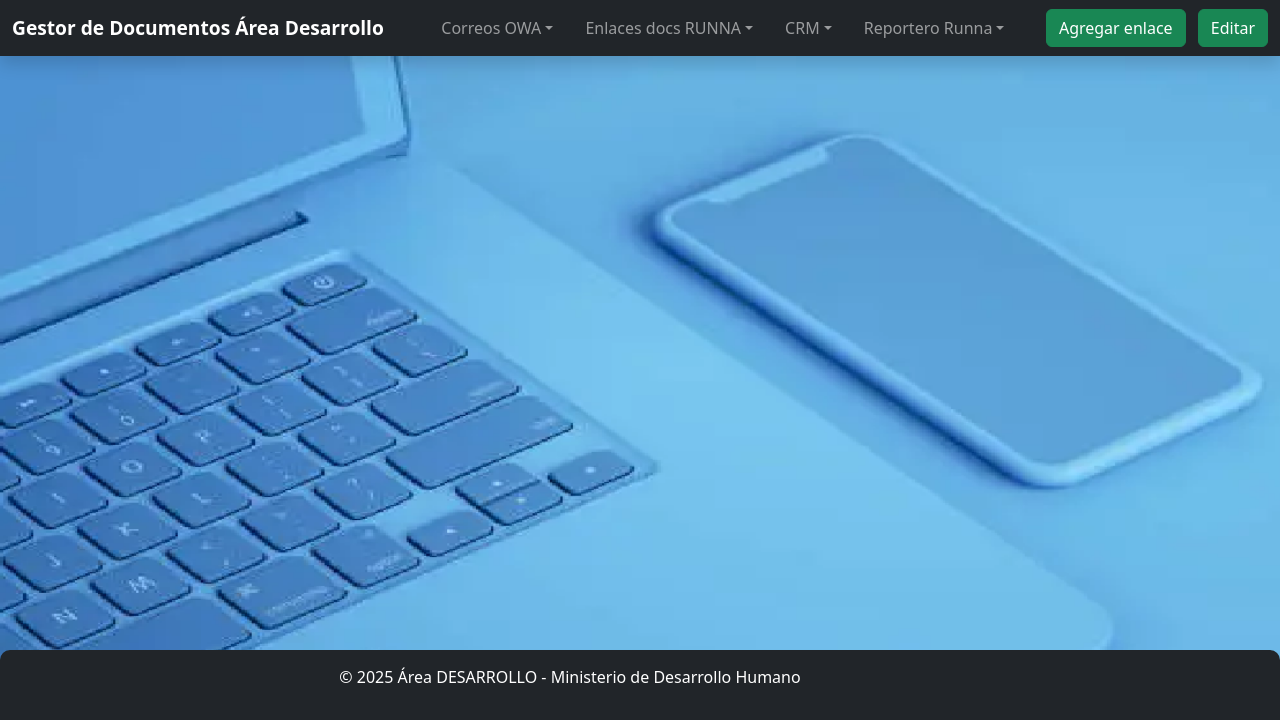
Repository: cosmariana/gestorDoc
Page: index.html
An editor plug-in stored every save of this project. The page is shown before and after the next save, followed by the edit.
The browser window is 1280 px wide. The pictures show the whole page.
Some icons come from a web library that is not loaded, so they are not drawn.

Above is the page before, as saved 2025-03-25 12:39:24.

### index.html
<!DOCTYPE html>
<html lang="es">
<head>
    <meta charset="UTF-8">
    <meta name="viewport" content="width=device-width, initial-scale=1.0">
    <link href="https://cdn.jsdelivr.net/npm/bootstrap@5.3.2/dist/css/bootstrap.min.css" rel="stylesheet" integrity="sha384-T3c6CoIi6uLrA9TneNEoa7RxnatzjcDSCmG1MXxSR1GAsXEV/Dwwykc2MPK8M2HN" crossorigin="anonymous">
    <link rel="stylesheet" href="style.css">
    <link rel="icon" href="./img/GestorICONO.png">
    <link rel="stylesheet" href="https://cdn-uicons.flaticon.com/uicons-regular-rounded/css/uicons-regular-rounded.css">
    <title>Gestor de Documentos Área DESARROLLO</title>


</head>
<body>
    <!-- Menú de navegación -->
    <nav class="navbar navbar-expand-lg navbar-dark bg-dark shadow">
        <div class="container-fluid">
            <a class="navbar-brand text-wrap" href="#" style="white-space: normal; font-size: 1.2rem; font-weight: bold;">
                Gestor de Documentos Área Desarrollo
            </a>
            <button class="navbar-toggler" type="button" data-bs-toggle="collapse" data-bs-target="#navbarContent" aria-controls="navbarContent" aria-expanded="false" aria-label="Toggle navigation">
                <span class="navbar-toggler-icon"></span>
            </button>
            <div class="collapse navbar-collapse justify-content-center" id="navbarContent">
                <ul class="navbar-nav mb-2 mb-lg-0">
                    <!-- Primer desplegable -->
                    <li class="nav-item dropdown me-3">
                        <a class="nav-link dropdown-toggle" href="#" id="dropdownMenuButton1" role="button" data-bs-toggle="dropdown" aria-expanded="false">Correos OWA</a>
                        <ul class="dropdown-menu">
                            <li>
                                <a class="dropdown-item" href="#" onclick="loadDocument('https://correo.cba.gov.ar/owa/#path=/mail')">OWA personal</a>
                                <button class="btn btn-danger btn-sm ms-2" onclick="deleteLink(this)">Eliminar</button>
                            </li>
                            <li>
                                <a class="dropdown-item" href="#" onclick="loadDocument('https://correo.cba.gov.ar/owa/desarrollosistemas.mindh@cba.gov.ar/?offline=disabled#path=/mail')">Desarrollosistemas.mindh</a>
                                <button class="btn btn-danger btn-sm ms-2" onclick="deleteLink(this)">Eliminar</button>
                            </li>
                        </ul>
                    </li>
                    <!-- Segundo desplegable -->
                    <li class="nav-item dropdown me-3">
                        <a class="nav-link dropdown-toggle" href="#" id="dropdownMenuButton2" role="button" data-bs-toggle="dropdown" aria-expanded="false">Enlaces docs RUNNA</a>
                        <ul class="dropdown-menu">
                            <li>
                                <a class="dropdown-item" href="#" onclick="loadDocument('https://docs.google.com/document/d/1Y6ewuhxpmjSfIKIB8mI8GgJwelG62KhPLnvff48lFOk/edit?tab=t.0')">MANUAL Runna externo</a>
                                <button class="btn btn-danger btn-sm ms-2" onclick="deleteLink(this)">Eliminar</button>
                            </li>
                            <li>
                                <a class="dropdown-item" href="#" onclick="loadDocument('https://docs.google.com/document/d/1mkJ7tQt9hsKpDjTrYakvATGapnmV3OO_IDhKdUgaNp8/edit?pli=1#heading=h.xakz3yut599u')">Roles varios</a>
                                <button class="btn btn-danger btn-sm ms-2" onclick="deleteLink(this)">Eliminar</button>
                            </li>
                        </ul>
                    </li>
                    <!-- Tercer desplegable -->
                    <li class="nav-item dropdown me-3">
                        <a class="nav-link dropdown-toggle" href="#" id="dropdownMenuButton3" role="button" data-bs-toggle="dropdown" aria-expanded="false">CRM</a>
                        <ul class="dropdown-menu">
                            <li>
                                <a class="dropdown-item" href="#" onclick="loadDocument('https://docs.google.com/document/d/1v6XyRDMLF-iN54AIlSgJTCBwAWErMdMrJXlw4I9d5gg/edit')">Minuta reunión 03/2024</a>
                                <button class="btn btn-danger btn-sm ms-2" onclick="deleteLink(this)">Eliminar</button>
                            </li>
                            <li>
                                <a class="dropdown-item" href="#" onclick="loadDocument('https://docs.google.com/document/d/1sjCZv5RSNVhnx9oYRsyvDWIflvovCugFhI2xmAdSUgk/edit')">Minuta reunión 04/2024</a>
                                <button class="btn btn-danger btn-sm ms-2" onclick="deleteLink(this)">Eliminar</button>
                            </li>
                        </ul>
                    </li>
                    <!-- Cuarto desplegable -->
                    <li class="nav-item dropdown">
                        <a class="nav-link dropdown-toggle" href="#" id="dropdownMenuButton4" role="button" data-bs-toggle="dropdown" aria-expanded="false">Reportero Runna</a>
                        <ul class="dropdown-menu">
                            <li>
                                <a class="dropdown-item" href="#" onclick="loadDocument('https://docs.google.com/document/d/1lrqbtcQ7G0_Hq1zUk1qSnz2KExrZyF2qH-6buS2crXE/edit')">Requerimientos reportero</a>
                                <button class="btn btn-danger btn-sm ms-2" onclick="deleteLink(this)"><i class="fi fi-rr-trash"></i></button>
                            </li>
                        </ul>
                    </li>
                </ul>
            </div>
            <div>
                <button class="btn btn-success me-2" onclick="showAddLinkModal()"><i class="fi fi-rr-add-document"></i> Agregar enlace</button>
                <button class="btn btn-success" onclick="showEditDropdownModal()"><i class="fi fi-rr-edit"></i> Editar</button>
            </div>
        </div>
    </nav>

    <!-- Contenido principal con iframe -->
    <div class="main-content">
        <div class="iframe-container">
            <iframe id="documentViewer" src="" title="Visor de documentos"></iframe>
        </div>
    </div>

    <!-- Footer -->
    <footer class="footer bg-dark text-white">
        <div class="container text-center">
        <p>© 2025 Área DESARROLLO - Ministerio de Desarrollo Humano</p>
        </div>
    </footer>

    <!-- Scripts: no quitarlo de aqui -->
    <script src="https://cdn.jsdelivr.net/npm/bootstrap@5.3.2/dist/js/bootstrap.bundle.min.js"></script>

    <script src="script.js"></script>
</body>
</html>

### style.css

/* Área principal donde están el iframe y el contenido */
.main-content {
    flex-grow: 1;
    overflow: hidden;
    display: flex;
    flex-direction: column;
}
.iframe-container {
    flex-grow: 1;
    overflow: auto; /* Habilita el scroll si el contenido del iframe es grande */
    margin: 20px; /* Añade espacio alrededor para mostrar el fondo */
}
iframe {
    width: 100%; /* Ajusta el ancho del iframe */
    height: 100%; /* Reduce la altura para que el fondo sea visible */
    border: none;
    box-shadow: 0 4px 8px rgba(0, 0, 0, 0.2); /* Añade un sombreado para destacar el iframe */
    display: block;
    margin: 0 auto; /* Centra el iframe */
}

nav {
    z-index: 1000;
}


body {
    background-image: url('./img/fondo1.png');
    background-repeat: no-repeat;
    background-attachment: fixed;
    background-position: center;
    background-size: cover;
    margin: 0;
    padding: 0;
    display: flex;
    flex-direction: column;
    height: 100vh;
   }
header {
    background-color: #0a325d;
    display: flex;
    justify-content: start;
    align-items: center;

}

header .btn-success {
    padding: 5px 10px;
    font-size: 1.1rem;
    margin-left: 0;
}

html {
    margin: 0 !important;
    padding: 0 !important;
    box-sizing: border-box;
}
.container {
    margin: 0 !important;
}

div.bg-primary {
    border-radius: 10px;
    text-align: center;
    width: 100%;
}

.grid_1_4 {
    text-align: center;
    width: 100%;
}
/*estilo de los desplegables */
.btn-group {     text-align: center;
    width: 100%;
}

.btn-primary:hover {
    background-color: #2596be;
    color: white;
    border: none;
}

div.titulo {
    display: flex;
    text-align: center;
    border: 2px solid transparent;
    padding: 2px;
    margin-top: 0;
    margin-left: 1pc;
    margin-right: 3px;
}

div.botones {
    text-align: center;
    border: 2px solid transparent;
    padding: 2px;
    margin-left: 1pc;
    margin-right: 5px;
}



.btn-primary {
    background: #71c0eb;
    padding: 7px 20px;
    border: 10px;
    border-color: white !important;
    width: 100%;
}

.bt-info {
    padding: 10px 5px;
}

.dropdown-menu li {
    display: flex;
    align-items: center;
    flex-wrap: nowrap;
    padding: 5px;
    list-style: none;
    margin: 0;
}

.dropdown-item {
    flex-grow: 1;
    margin: 0;
    text-decoration: none;
    color: #007bff;
    white-space: nowrap;
}

.btn-danger {
    flex-shrink: 0;
    margin-left: 10px;
    padding: 1px 5px;
    font-size: 0.85rem;
    white-space: nowrap;
}


ul.dropdown-menu li {
    padding: 0;
    margin: 0;
    border: none;
    box-shadow: none;
}
ul.dropdown-menu {
    min-width: 300px;
    max-width: 100%;
    padding: 0;
    margin: 0;
    border: none;
}
.titulo h1 {
    margin-top: 0 !important;
    font-size: 2rem;
    text-align: center;
    color: white;
    background-color: #0a325d !important;
    border-radius: 10px;
    padding: 5px !important ;
    box-shadow: 0 4px 8px rgba(0, 0, 0, 0.2);
    flex-grow: 1;
}

.titulo .btn-success {
    padding: 10px 15px;
    font-size: 0.9rem;
    border-radius: 5px;
    box-shadow: 0 4px 8px rgba(0, 0, 0, 0.2);
}

.titulo {
    display: flex;
    align-items: center;
    justify-content: space-between;
    margin-bottom: 20px;
    margin: 0;
    padding: 0;
    margin-left: 0 !important;
}
.documento {
    margin: 0;
    padding: 0;
}

.documento iframe {
    margin: 0;
    padding: 0;
    display: block;
}

.footer {
    margin-top: 0 !important;
    padding: 15px 0;
    color: white;
    border-radius: 10px 10px 0 0;
    background-color:#212529 !important

}
#Agregar, #Guardar, #Cancelar{
    background-color:#71c0eb;
    color:black;
    border: #71c0eb;
    border-radius: 5px;
    cursor: pointer;
    padding: 1;
}

### script.js
//Función que carga documentos en el iframe
function loadDocument(url) {
    document.getElementById('documentViewer').src = url;
}

// Función para cargar el documento en el iframe
function loadDocument(url) {
    document.getElementById('documentViewer').src = url;
}

// Función para eliminar un enlace
function deleteLink(button) {
    const confirmDelete = confirm("¿Estás seguro de que deseas eliminar este enlace?");
    if (confirmDelete) {
        const linkItem = button.parentElement; // Obtén el elemento <li> del enlace
        linkItem.remove(); // Elimina el enlace del DOM
        alert("¡Enlace eliminado correctamente!");
    }
}

// Función para mostrar el modal de agregar enlace
function showAddLinkModal() {
    const modalContent = `
        <div id="addLinkModal" style="display: flex; flex-direction: column; gap: 10px; padding: 20px; background: white; border: 1px solid #ccc; border-radius: 5px; width: 300px; position: fixed; top: 30%; left: 50%; transform: translate(-50%, -50%); z-index: 1000;">
            <label for="dropdownSelection">Selecciona el desplegable:</label>
            <select id="dropdownSelection">
                <option value="dropdownMenuButton1">Correos OWA</option>
                <option value="dropdownMenuButton2">Enlaces docs RUNNA</option>
                <option value="dropdownMenuButton3">CRM</option>
                <option value="dropdownMenuButton4">Reportero Runna</option>
            </select>
            <label for="linkName">Nombre del enlace:</label>
            <input type="text" id="linkName" placeholder="Ej: Manual de Usuario">
            <label for="linkURL">URL del enlace:</label>
            <input type="text" id="linkURL" placeholder="Ej: https://ejemplo.com">
            <button id="Agregar" onclick="addLink()">Guardar</button>
            <button id="Cancelar" onclick="closeModal()">Cancelar</button>
        </div>
    `;

    const modal = document.createElement('div');
    modal.innerHTML = modalContent;
    document.body.appendChild(modal);
}

// Función para cerrar el modal de agregar enlace
function closeModal() {
    const modal = document.getElementById('addLinkModal');
    if (modal) modal.remove();
}

// Función para agregar un nuevo enlace
function addLink() {
    const dropdownSelection = document.getElementById('dropdownSelection').value;
    const linkName = document.getElementById('linkName').value;
    const linkURL = document.getElementById('linkURL').value;

    if (linkName && linkURL) {
        const selectedList = document.getElementById(dropdownSelection);
        const newLink = document.createElement('li');
        newLink.innerHTML = `
            <a class="dropdown-item" href="#" onclick="loadDocument('${linkURL}')">${linkName}</a>
            <button class="btn btn-danger btn-sm ms-2" onclick="deleteLink(this)">Eliminar</button>
        `;
        selectedList.appendChild(newLink);

        alert("¡Enlace agregado correctamente!");
        closeModal();
    } else {
        alert("Por favor, completa todos los campos.");
    }
}

// Función para mostrar el modal de edición
function showEditDropdownModal() {
    const modalContent = `
        <div id="editDropdownModal" style="display: flex; flex-direction: column; gap: 10px; padding: 20px; background: white; border: 1px solid #ccc; border-radius: 5px; width: 300px; position: fixed; top: 25%; left: 50%; transform: translate(-50%, -50%); z-index: 1000;">
            <label for="dropdownSelection">Selecciona el desplegable:</label>
            <select id="dropdownSelection">
                <option value="dropdownMenuButton1">Correos OWA</option>
                <option value="dropdownMenuButton2">Enlaces docs RUNNA</option>
                <option value="dropdownMenuButton3">CRM</option>
                <option value="dropdownMenuButton4">Reportero Runna</option>
            </select>
            <label for="dropdownNewName">Nuevo nombre:</label>
            <input type="text" id="dropdownNewName" placeholder="Ej: Nuevo nombre">
            <button id="Guardar" onclick="updateDropdownName()">Guardar</button>
            <button id="Cancelar" onclick="closeEditDropdownModal()">Cancelar</button>
        </div>
    `;

    const modal = document.createElement('div');
    modal.innerHTML = modalContent;
    document.body.appendChild(modal);
}

// Función para cerrar el modal de edición
function closeEditDropdownModal() {
    const modal = document.getElementById('editDropdownModal');
    if (modal) modal.remove();
}

// Función para actualizar el nombre del desplegable
function updateDropdownName() {
    const dropdownSelection = document.getElementById('dropdownSelection').value;
    const newName = document.getElementById('dropdownNewName').value;

    if (newName) {
        localStorage.setItem(dropdownSelection, newName);
        document.getElementById(dropdownSelection).innerText = newName;

        alert(`El nombre del desplegable se ha cambiado a "${newName}"`);
        closeEditDropdownModal();
    } else {
        alert("Por favor, ingresa un nuevo nombre para el desplegable.");
    }
}

// Inicializar nombres al cargar la página
document.addEventListener('DOMContentLoaded', () => {
    const dropdownOptions = {
        dropdownMenuButton1: 'Correos OWA',
        dropdownMenuButton2: 'Enlaces docs RUNNA',
        dropdownMenuButton3: 'CRM',
        dropdownMenuButton4: 'Reportero Runna'
    };

    Object.keys(dropdownOptions).forEach(id => {
        const savedName = localStorage.getItem(id) || dropdownOptions[id];
        document.getElementById(id).innerText = savedName;
    });
});

After the next save:
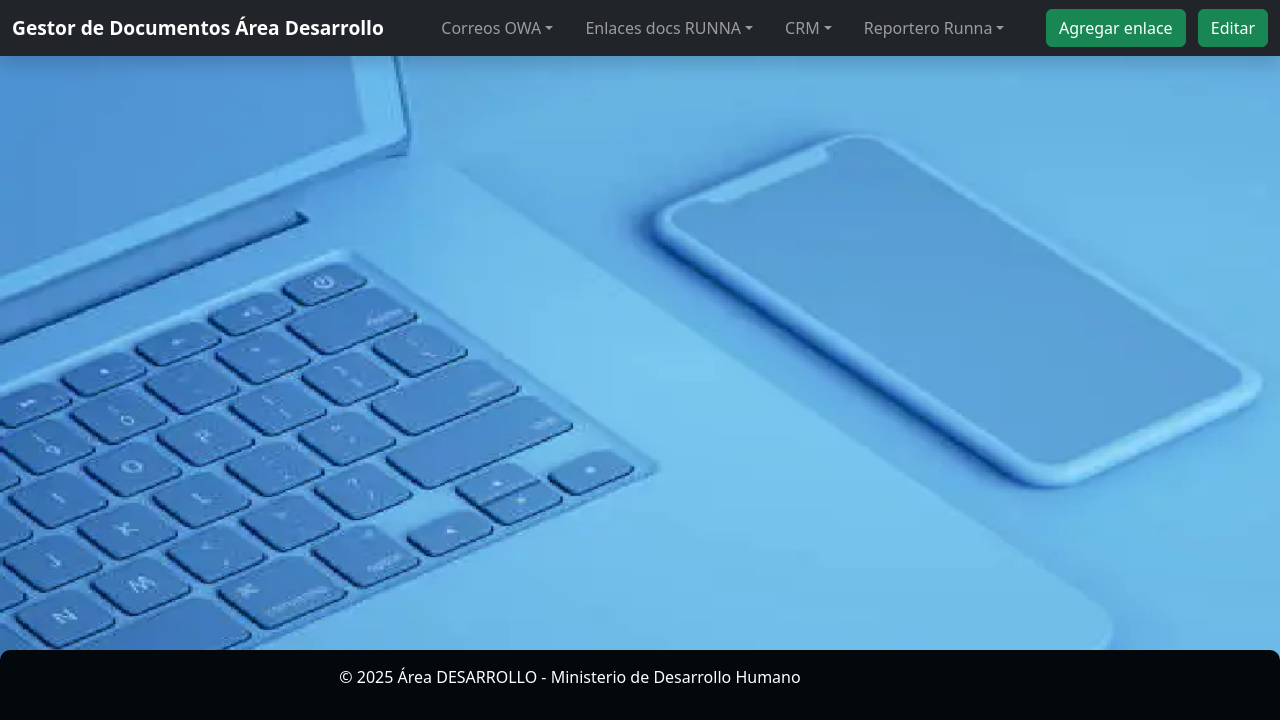
Saved 24 s later.
--- a/style.css
+++ b/style.css
@@ -196,7 +196,7 @@ ul.dropdown-menu {
     padding: 15px 0;
     color: white;
     border-radius: 10px 10px 0 0;
-    background-color:#212529 !important
+    background-color:#03080c !important
 
 }
 #Agregar, #Guardar, #Cancelar{
